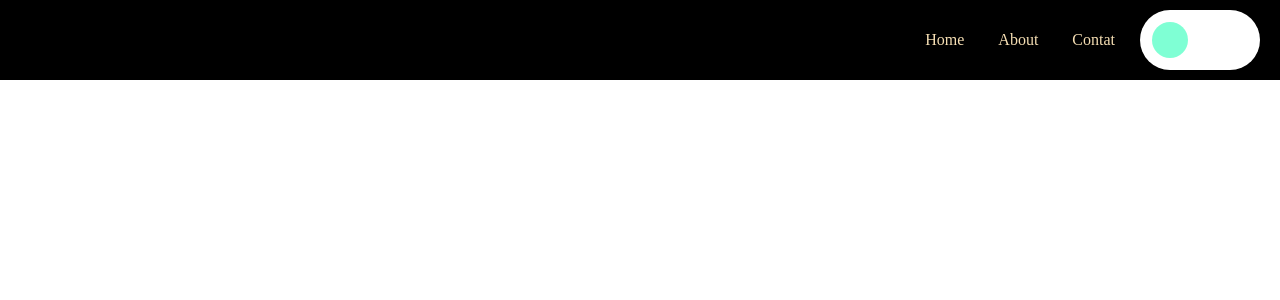
Repository: imokha01/toggleNavBar
Page: index.html
An editor plug-in stored every save of this project. The page is shown before and after a run of saves, followed by the edit.
The browser window is 1280 px wide. The pictures show the whole page.

Above is the page before, as saved 2023-12-26 22:35:41.

### index.html
<!DOCTYPE html>
<html lang="en">
<head>
    <meta charset="UTF-8">
    <meta name="viewport" content="width=device-width, initial-scale=1.0">
    <title>Toggle Nav Bar</title>
    <link rel="stylesheet" href="style.css">
</head>
<body>
    <header class="header">
        <div class="header__content">
            <nav class="header__content__navbar">
                <li class="header__content__navbar__list">
                    <a href="#" class="header__content__navbar__link">Home</a>
                </li>
                <li class="header__content__navbar__list">
                    <a href="#" class="header__content__navbar__link">About</a>
                </li>
                <li class="header__content__navbar__list">
                    <a href="#" class="header__content__navbar__link">Contat</a>
                </li>
            </nav>
            <input type="checkbox" class="checkbox toggle-triger">
        </div>

    </header>
</body>
</html>

### style.css
*{
    margin: 0;
    padding: 0;
    box-sizing: border-box;
}

.header {
    background: #000;
    /* height: 70px; */

}


.header__content__navbar__list {
    display: inline-block;
    list-style-type: none;
}

.header__content__navbar__link{
    color: wheat;
    text-decoration: none;
    padding: 15px;
}

.header__content {
    display: flex;
    justify-content: end;
    align-items: center;
    padding: 10px 20px;

    gap: 10px;
}

.checkbox {
    width: 120px;
    height:60px;
    border-radius: 60px;
    background-color: #fff;
    appearance: none;
    position: relative;
    outline: none;
    cursor: pointer;
    transition: .5s;
}

.checkbox::before {
    height: 60px;
    width: 60px;
    position: absolute;
    top: 0;
    left: 0;
    content: "";
    background-color: aquamarine;
    border-radius: 60px;
    transform: scale(0.6);
    transition: .5s;
}

.checkbox:checked{
    background-color: blue;
}

After the next 2 saves:
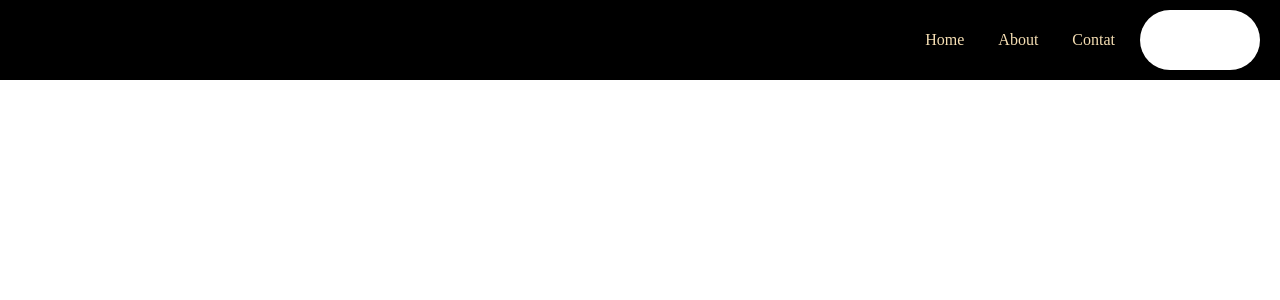
The 2 saves are shown as one change because they came seconds apart.
The last was saved 34 s later.
--- a/style.css
+++ b/style.css
@@ -44,7 +44,7 @@
 }
 
 .checkbox::before {
-    height: 60px;
+    height: 0px;
     width: 60px;
     position: absolute;
     top: 0;

After the save that followed:
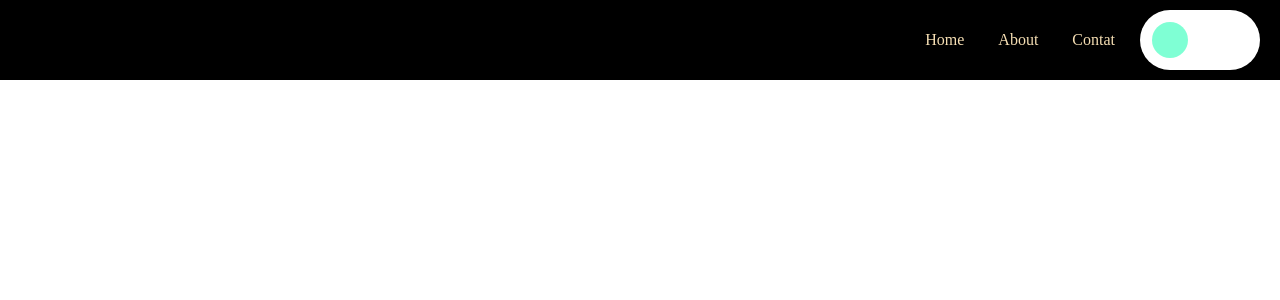
Saved 5 s later.
--- a/style.css
+++ b/style.css
@@ -44,7 +44,7 @@
 }
 
 .checkbox::before {
-    height: 0px;
+    height: 60px;
     width: 60px;
     position: absolute;
     top: 0;
